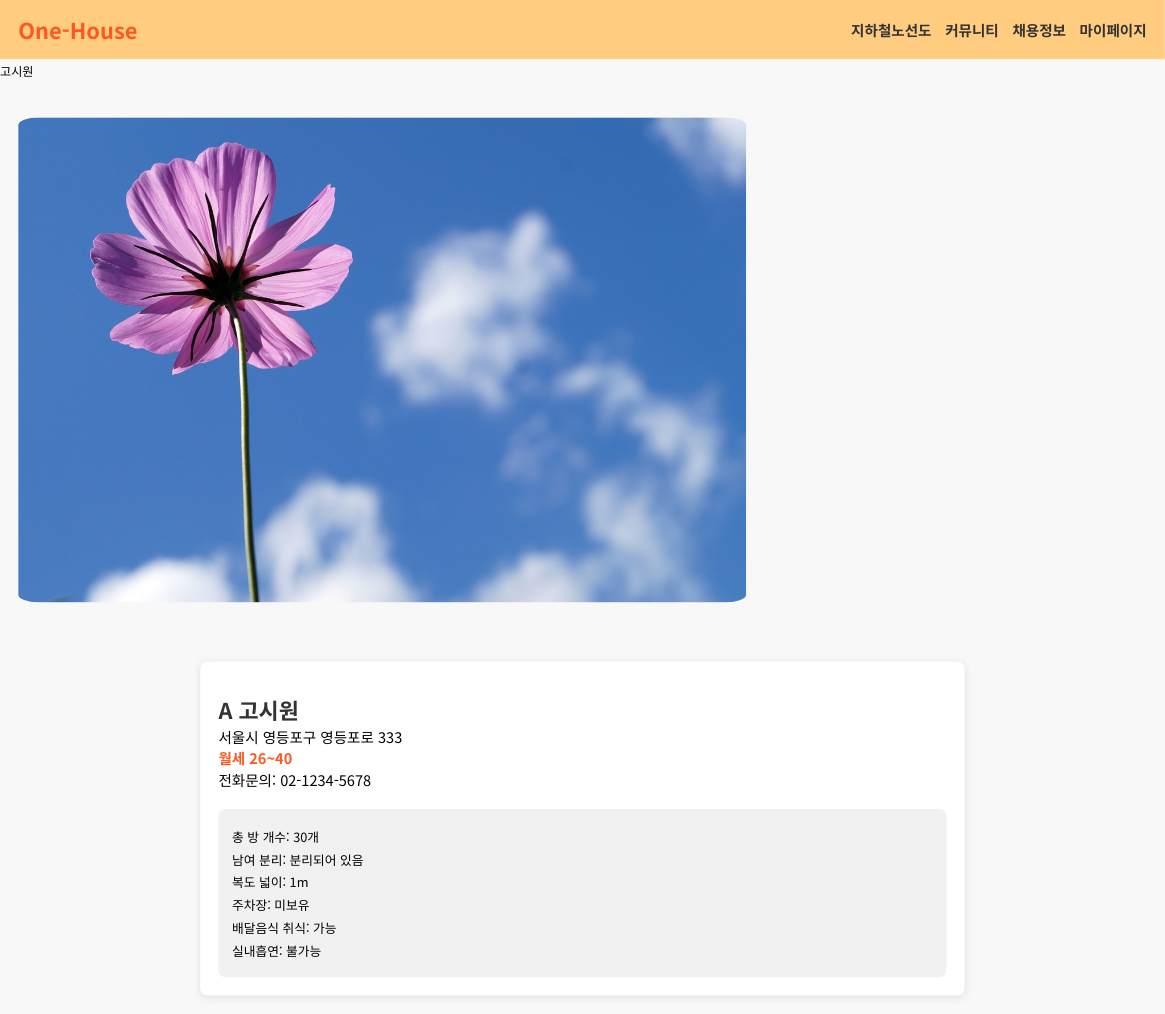
Repository: nayeon-3/one_house
Page: one_house/public/sample/page1.html
An editor plug-in stored every save of this project. The page is shown before and after the next save, followed by the edit.
The browser window is 1280 px wide. The pictures show the whole page, at 91% of full size.

Above is the page before, as saved 2025-02-12 05:25:41.

After the next save:
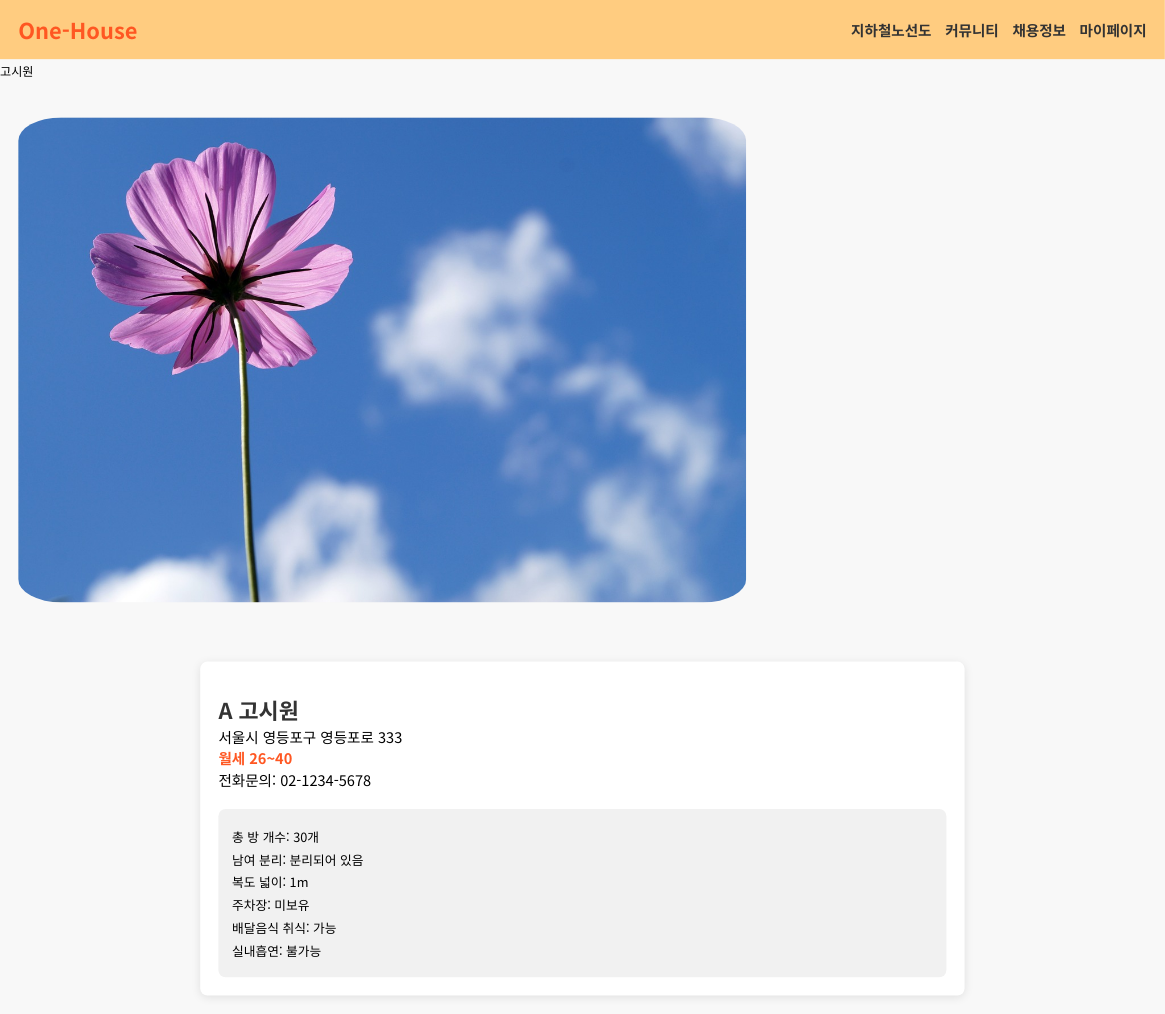
Saved 20 s later.
--- a/one_house/public/sample/page1.css
+++ b/one_house/public/sample/page1.css
@@ -68,7 +68,7 @@ nav ul li a {
 img {
    	max-width: 800px;
     margin: 20px auto;
-    border-radius: 5%;
+    border-radius: 8%;
     padding: 20px;
 }
 
